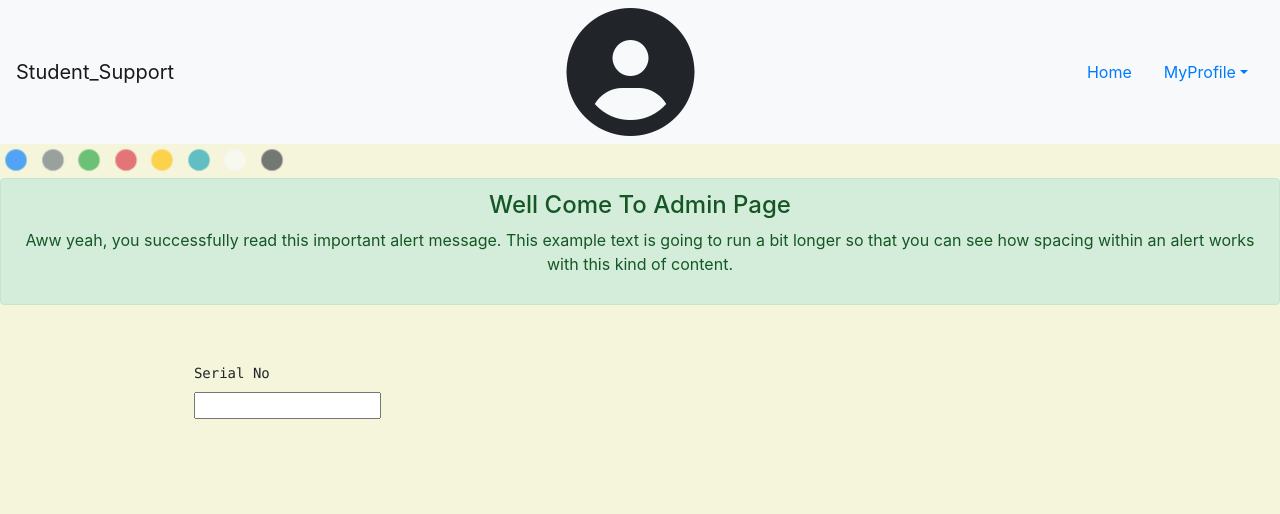
Repository: FeelHack/STUDENT-EXAMINATION-SYSTEM
Page: http://localhost/Exam_System/Admin/Math.jsp
The author's editor kept a copy of each file at every save. The page is drawn from the files as they stood at one save, then again after the next save.
The browser window is 1280 px wide. The pictures show the whole page.
Some web libraries are served in a nearby version. The page is served by Tomcat 9. Other server files are loaded and not shown.

Above is the page before, as saved 2020-03-10 17:14:03.

### Exam System/WebContent/Admin/Math.jsp
<%@ page language="java" contentType="text/html; charset=UTF-8"
    pageEncoding="UTF-8"%>

 <!doctype html>
<html lang="en">
  <head>

    <meta charset="utf-8">
    <meta name="viewport" content="width=device-width, initial-scale=1, shrink-to-fit=no">

    <!-- Bootstrap CSS -->
    <link rel="stylesheet" href="https://stackpath.bootstrapcdn.com/bootstrap/4.4.1/css/bootstrap.min.css" integrity="sha384-Vkoo8x4CGsO3+Hhxv8T/Q5PaXtkKtu6ug5TOeNV6gBiFeWPGFN9MuhOf23Q9Ifjh" crossorigin="anonymous">
    <!-- Optional JavaScript -->
    <!-- jQuery first, then Popper.js, then Bootstrap JS -->
    <script src="https://code.jquery.com/jquery-3.4.1.slim.min.js" integrity="sha384-J6qa4849blE2+poT4WnyKhv5vZF5SrPo0iEjwBvKU7imGFAV0wwj1yYfoRSJoZ+n" crossorigin="anonymous"></script>
    <script src="https://cdn.jsdelivr.net/npm/popper.js@1.16.0/dist/umd/popper.min.js" integrity="sha384-Q6E9RHvbIyZFJoft+2mJbHaEWldlvI9IOYy5n3zV9zzTtmI3UksdQRVvoxMfooAo" crossorigin="anonymous"></script>
    <script src="https://stackpath.bootstrapcdn.com/bootstrap/4.4.1/js/bootstrap.min.js" integrity="sha384-wfSDF2E50Y2D1uUdj0O3uMBJnjuUD4Ih7YwaYd1iqfktj0Uod8GCExl3Og8ifwB6" crossorigin="anonymous"></script>
    <script src="https://kit.fontawesome.com/1737af4a09.js" crossorigin="anonymous"></script>

  </head>


  <body style="background-color: beige;">
    <nav id="navbar-example2" class="navbar navbar-light bg-light">
        <a class="navbar-brand" href="admin.jsp">Student_Support</a>

        <i class="fas fa-user-circle fa-8x" style="text-align: center;"></i>
        <ul class="nav nav-pills">
          <li class="nav-item">
            <a class="nav-link" href="admin.jsp">Home</a>
          </li>
          <li class="nav-item dropdown">
            <a class="nav-link dropdown-toggle" data-toggle="dropdown" href="#" role="button" aria-haspopup="true" aria-expanded="false">MyProfile</a>
            <div class="dropdown-menu">
              <a class="dropdown-item" href="#one">View Profile</a>
              <a class="dropdown-item" href="#two">Edit My Profile</a>
              <div role="separator" class="dropdown-divider"></div>
              <a class="dropdown-item" href="../logout.jsp">Signout</a>
            </div>
          </li>
        </ul>
      </nav>


      <div class="spinner-grow text-primary" role="status">
        <span class="sr-only">Loading...</span>
      </div>
      <div class="spinner-grow text-secondary" role="status">
        <span class="sr-only">Loading...</span>
      </div>
      <div class="spinner-grow text-success" role="status">
        <span class="sr-only">Loading...</span>
      </div>
      <div class="spinner-grow text-danger" role="status">
        <span class="sr-only">Loading...</span>
      </div>
      <div class="spinner-grow text-warning" role="status">
        <span class="sr-only">Loading...</span>
      </div>
      <div class="spinner-grow text-info" role="status">
        <span class="sr-only">Loading...</span>
      </div>
      <div class="spinner-grow text-light" role="status">
        <span class="sr-only">Loading...</span>
      </div>
      <div class="spinner-grow text-dark" role="status">
        <span class="sr-only">Loading...</span>
      </div>

  </div>
      </div>
      <div class="alert alert-success" role="alert" style="text-align: center;">
        <h4 class="alert-heading">Well Come To Admin Page</h4>
        <p>Aww yeah, you successfully read this important alert message. This example text is going to run a bit longer so that you can see how spacing within an alert works with this kind of content.</p>
      </div>



           <pre>
                 <form action="" method="post">
                       <label>Serial No</label>
                       <input type="text" name="Sl">
                 </form>
           </pre>


      </body>
      </html>

After the next save:
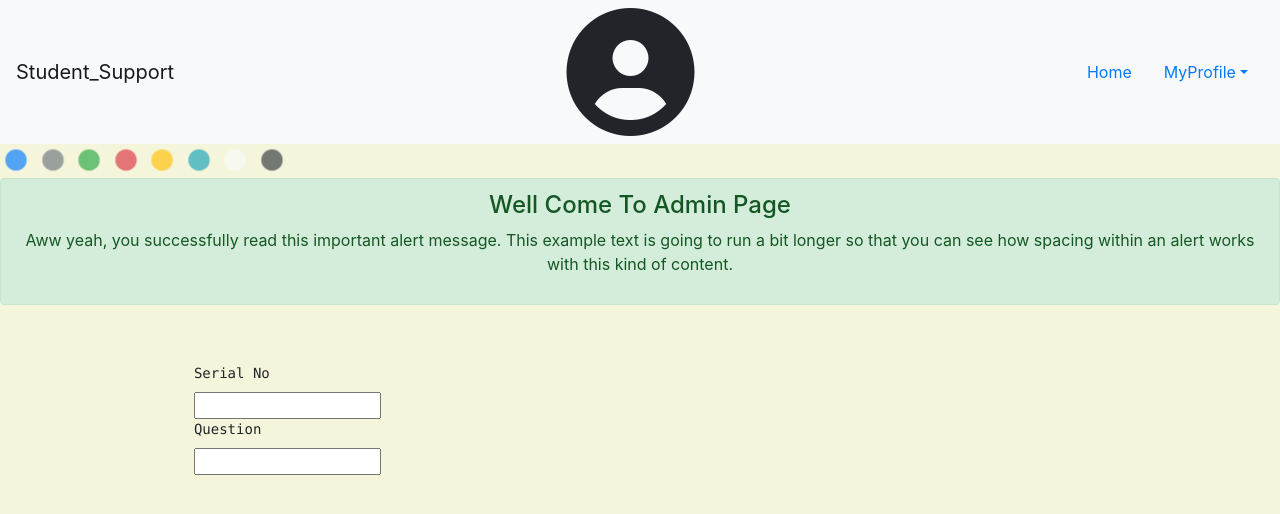
Saved 57 s later.
--- a/Exam System/WebContent/Admin/Math.jsp
+++ b/Exam System/WebContent/Admin/Math.jsp
@@ -80,6 +80,8 @@
                  <form action="" method="post">
                        <label>Serial No</label>
                        <input type="text" name="Sl">
+                       <label>Question</label>
+                       <input type="text">
                  </form>
            </pre>
 
